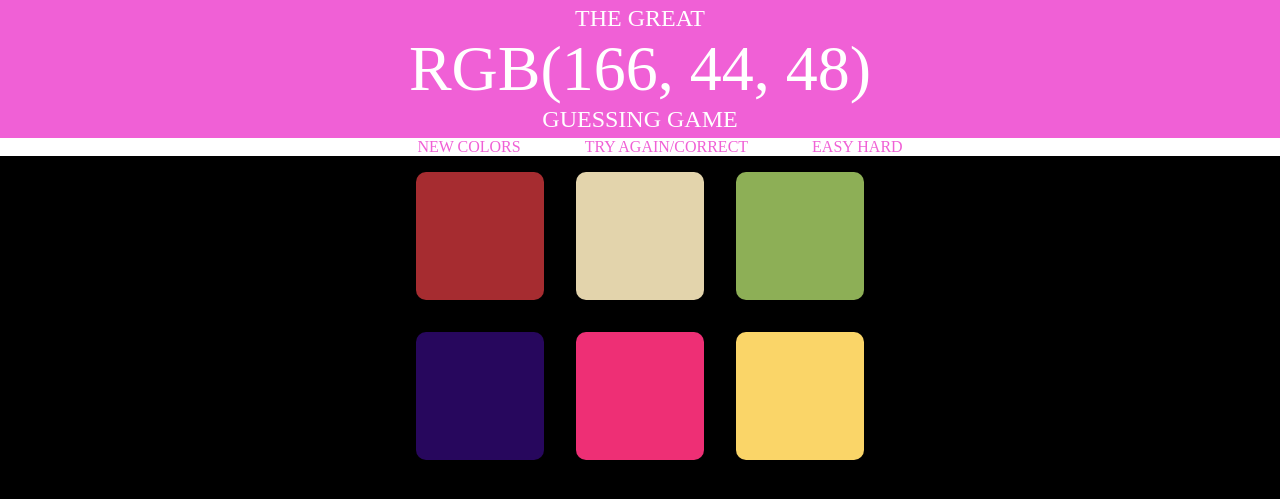
Repository: EEOOOO/javascript-projects
Page: rgbColorGameApp/index.html
These files come from the project's save history. The page is drawn as it stood at one moment and after the next save; the edit follows.
The browser window is 1280 px wide. The pictures show the whole page.
After loading, the first visible `div.playNewGameButton` was clicked once.

Above is the page before, as saved 2022-07-18 19:42:01.
Console error: TypeError: Cannot read properties of undefined (reading 'style')

### rgbColorGameApp/index.html
<!DOCTYPE html>
<html lang="en">
<head>
    <meta charset="UTF-8">
    <meta http-equiv="X-UA-Compatible" content="IE=edge">
    <meta name="viewport" content="width=device-width, initial-scale=1.0">
    <script defer src="rgbColorGame.js"></script>
    <link rel="stylesheet" href="style.css">
    <title>RGB Color Game</title>
</head>
<body>
    <header class="header">
        <div class="headerMain">
            <span class="gameTitle">THE GREAT</span>
            <span class="rgbQuestion">RGB(X,Y,X)</span>
            <span class="gameTitle">GUESSING GAME</span>
        </div>
        <ul class="headerButtons">
            <li>
                <div class="playNewGameButton"><span>NEW COLORS</span></div>
            </li>
            <li>
                <div>
                    <span class="stateMessage">TRY AGAIN/CORRECT</span>
                </div>
            </li>
            <li>
                <div class="modes">
                    <span class="gameMode">EASY</span>
                    <span class="gameMode">HARD</span>
                </div>
            </li>
        </ul>
    </header>
    <main class="boxes">
        <div class="colorBox 1"></div>
        <div class="colorBox 2"></div>
        <div class="colorBox 3"></div>
        <div class="colorBox 4"></div>
        <div class="colorBox 5"></div>
        <div class="colorBox 6"></div>
    </main>
</body>
</html>

### rgbColorGameApp/rgbColorGame.js
let playGameBtn = document.querySelector('.playNewGameButton');
let stateMessage = document.querySelector('.stateMessage');
let header = document.querySelector('.header');
let rgbQuestion = document.querySelector('.rgbQuestion');
let gameModes = document.querySelector('.modes');
let cssRoot = document.querySelector(":root");
let colorBox = document.querySelectorAll(".colorBox");

// playGameBtn누를 때, easy/hard누를 때 게임 초기화 시행
playGameBtn.addEventListener('click',()=>{
    console.log('play');
    initGame();
});
gameModes.addEventListener('click',(event)=>{
    if (event.target.tagName == 'SPAN'){
        initGame();
    }
})

function initGame(){
    // 랜덤 색 7개 뽑기
    let boxNum = 7
    let randomColors = makeRandomRGB(boxNum);
    console.log(randomColors);
    // 그 중 첫 번째가 정답 색 , rgbQuestion 글자 넣어주기
    let answer = randomColors[0];
    rgbQuestion.textContent = answer;
    for (let i = 0; i < randomColors.length; i++){
        colorBox[i].style.backgroundColor = randomColors[i];
    }
    // 그 중 마지막 색으로 헤더 색 변경
    let initHeaderColor = randomColors[randomColors.length-1];
    cssRoot.style.setProperty('--color-now',initHeaderColor);
}
function makeRandomRGB(num){
    let randomColors = [];
    for (let i = 0; i < num; i++){
        let r = getRandomArbitrary(1,255);
        let g = getRandomArbitrary(1,255);
        let b = getRandomArbitrary(1,255);
        randomColors.push([`RGB(${r}, ${g}, ${b})`]);
    }
    return randomColors;
}
// min, max bindㄹㅗ ㄱㅗㅈㅓㅇ ㅁㅗㅅ ㅅㅣㅋㅣㄴㅏ?
function getRandomArbitrary(min, max){
    return Math.floor(Math.random() * (max - min) + min);
}
function winGame(){
    // header 색 바꾸기
    // playGameBtn 문구 바꾸기
    // stateMessage변경 (correct)
    // 모든 박스 색 바꾸기
}
function playGame(){
    // 박스 눌리면
        // 정답인지 체크
        // 맞으면 winGame()
        // 아니면 stateMessage 변경 (try again), 그 박스 제거
}

### rgbColorGameApp/style.css
:root {
  --color-now: #f060d6;
}
body {
  width: 100%;
  background-color: black;
  margin: 0;
}

header {
  width: 100%;
  text-align: center;
  background-color: var(--color-now);
}
.headerMain {
  color: white;
  display: flex;
  align-items: center;
  flex-direction: column;
  padding: 0.3rem;
}
.headerMain .rgbQuestion {
  font-size: 4rem;
}
.headerMain .gameTitle {
  font-size: 1.5rem;
}
.headerButtons {
  margin: 0;
  list-style: none;
  display: flex;
  align-items: center;
  justify-content: center;
  background-color: white;
  color: var(--color-now);
}
.headerButtons li {
  margin: 0 2rem;
}

.headerButtons li span:hover {
  background-color: var(--color-now);
  color: white;
  cursor: pointer;
}
.boxes {
  display: flex;
  flex-wrap: wrap;
  align-items: center;
  justify-content: center;
  width: 32rem;
  margin: auto;
}
.colorBox {
  background-color: var(--color-now);
  width: 8rem;
  height: 8rem;
  border-radius: 10px;
  margin: 1rem;
  transition: transform 0.1s ease-in-out;
  cursor: pointer;
}
.colorBox:hover {
  transform: scale(1.05);
}

After the next save:
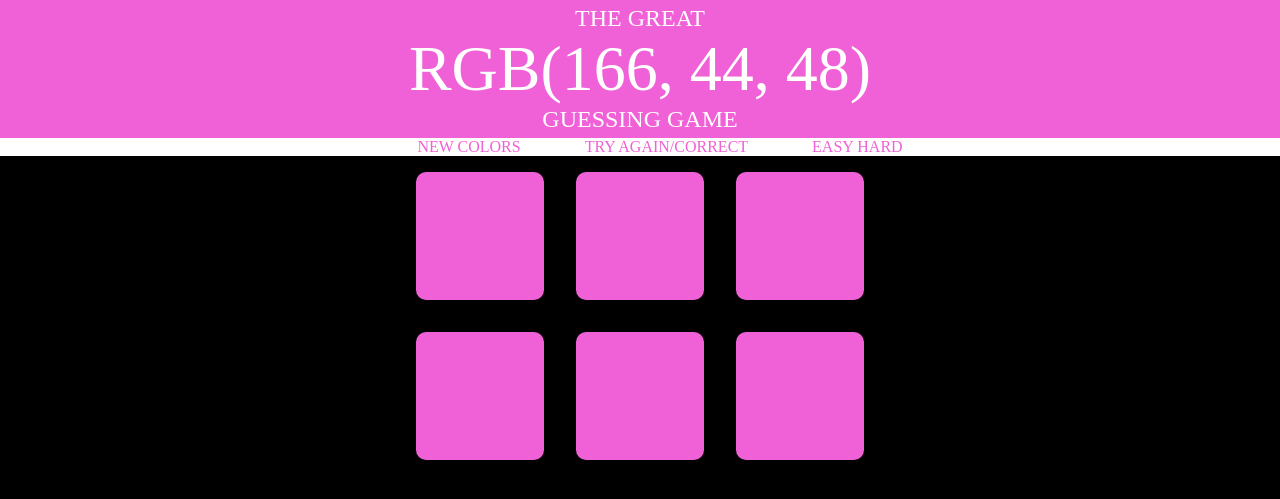
Console error: TypeError: Cannot set properties of undefined (setting 'backgroundColor')
Saved 3 min 0 s later.
--- a/rgbColorGameApp/rgbColorGame.js
+++ b/rgbColorGameApp/rgbColorGame.js
@@ -26,7 +26,7 @@
     let answer = randomColors[0];
     rgbQuestion.textContent = answer;
     for (let i = 0; i < randomColors.length; i++){
-        colorBox[i].style.backgroundColor = randomColors[i];
+        colorBox[i].backgroundColor = randomColors[i];
     }
     // 그 중 마지막 색으로 헤더 색 변경
     let initHeaderColor = randomColors[randomColors.length-1];

After the save that followed:
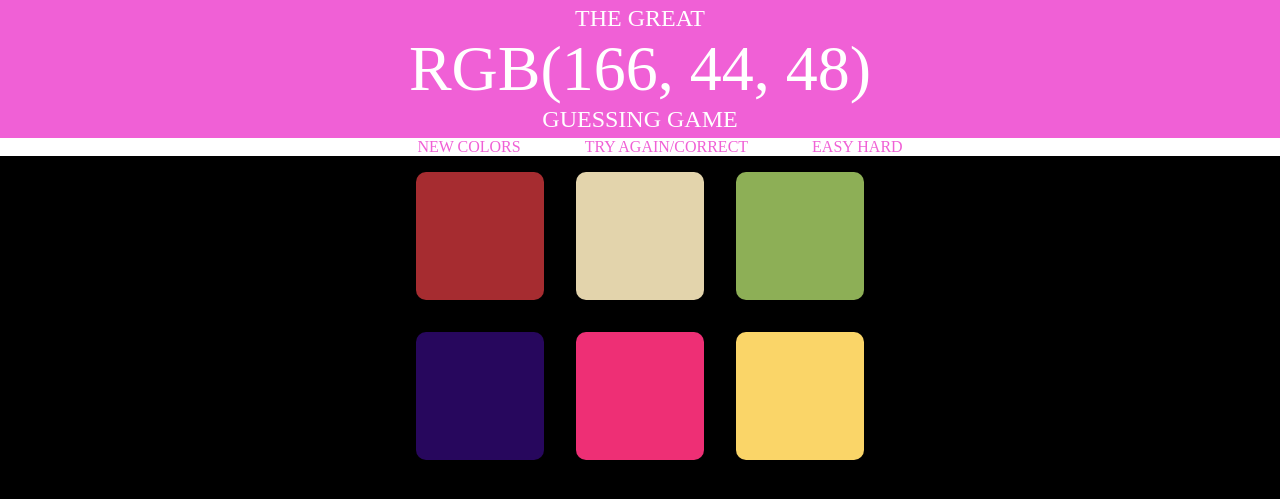
Console error: TypeError: Cannot read properties of undefined (reading 'style')
Saved 8 s later.
--- a/rgbColorGameApp/rgbColorGame.js
+++ b/rgbColorGameApp/rgbColorGame.js
@@ -26,7 +26,7 @@
     let answer = randomColors[0];
     rgbQuestion.textContent = answer;
     for (let i = 0; i < randomColors.length; i++){
-        colorBox[i].backgroundColor = randomColors[i];
+        colorBox[i].style.backgroundColor = randomColors[i];
     }
     // 그 중 마지막 색으로 헤더 색 변경
     let initHeaderColor = randomColors[randomColors.length-1];
